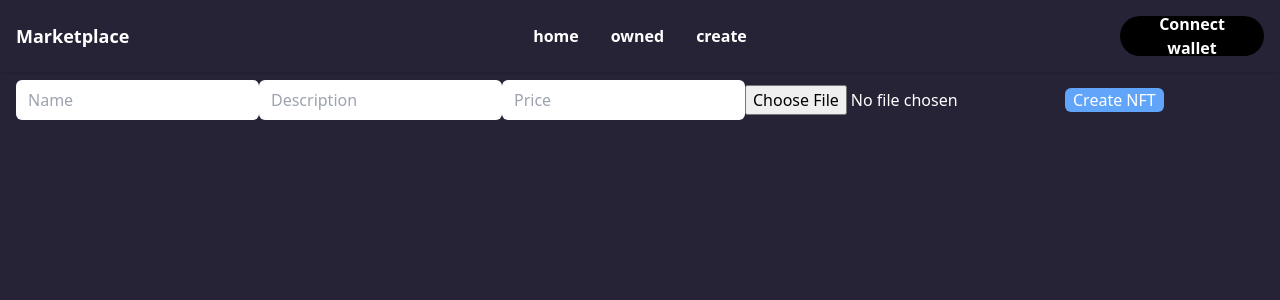
Repository: Kiendz3202/marketplace-frontend-nuxtjs
Page: /create
These files come from the project's save history. The page is drawn as it stood at one moment and after the next save; the edit follows.
The browser window is 1280 px wide. The pictures show the whole page.
The project was rebuilt for these pictures with package versions that can differ from the ones it lists, and the page was loaded fresh each time. The framework's server and built-in components were replaced by stand-ins that run in the browser. Also part of the build but not shown: nuxt.config.js, components/connectWallet/AddressAvatar.vue.

Above is the page before, as saved 2022-11-08 14:30:06.

After the next save:
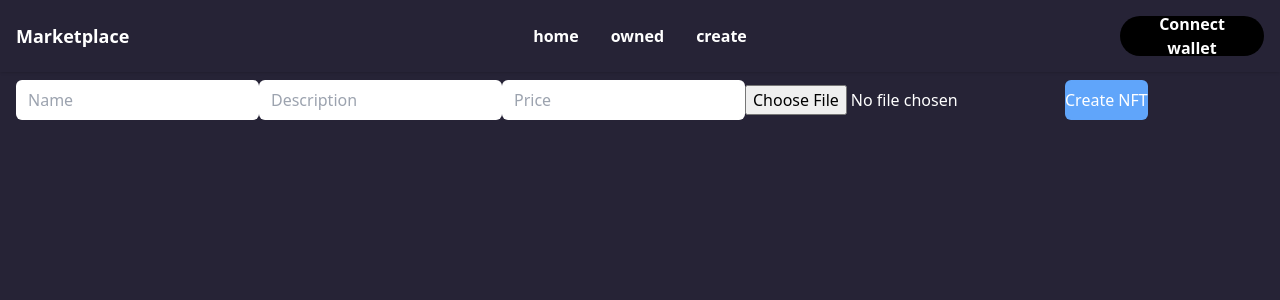
Saved 17 s later.
--- a/pages/create/index.vue
+++ b/pages/create/index.vue
@@ -16,7 +16,7 @@
       class="rounded-md pl-3 py-2 text-black outline-none"
     />
     <input type="file" @change="previewFiles" />
-    <button class="ml-2 bg-blue-400 rounded-md text-white px-2" type="submit">
+    <button class="ml-2 bg-blue-400 rounded-md text-white py-2" type="submit">
       Create NFT
     </button>
   </form>
